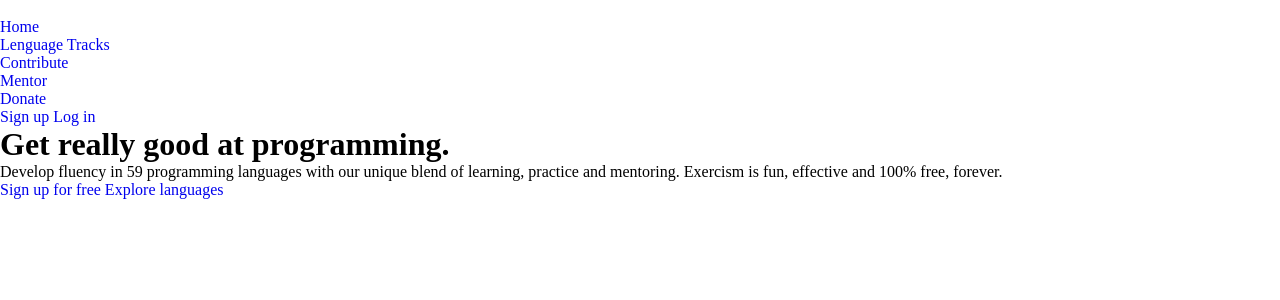
Repository: mvbri/exercism-style-website
Page: index.html
These files come from the project's save history. The page is drawn as it stood at one moment and after the next save; the edit follows.
The browser window is 1280 px wide. The pictures show the whole page.

Above is the page before, as saved 2022-07-20 18:14:38.

After the next save:
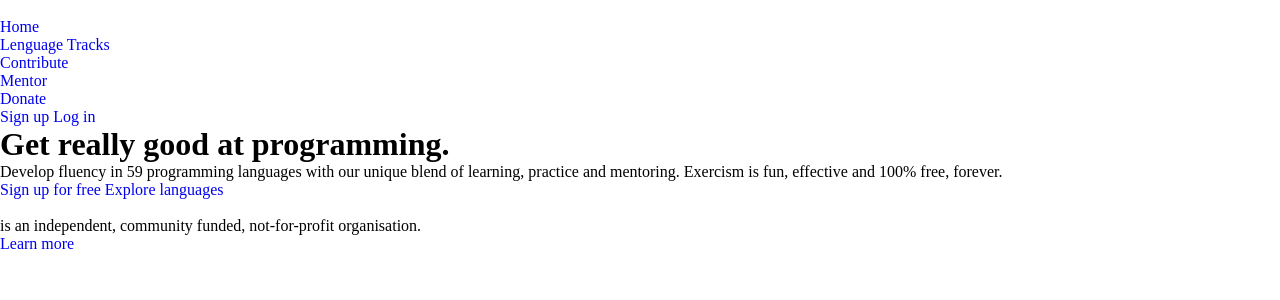
Saved 3 min 25 s later.
--- a/index.html
+++ b/index.html
@@ -51,6 +51,16 @@
               <a href="#">Explore languages</a>
             </div>
           </div>
+          <div class="organization">
+            <img src="" alt="" />
+            <div>
+              <p>
+                is an independent, community funded, not-for-profit
+                organisation.
+              </p>
+              <a href="#">Learn more</a>
+            </div>
+          </div>
         </header>
       </main>
       <footer class="footer"></footer>
